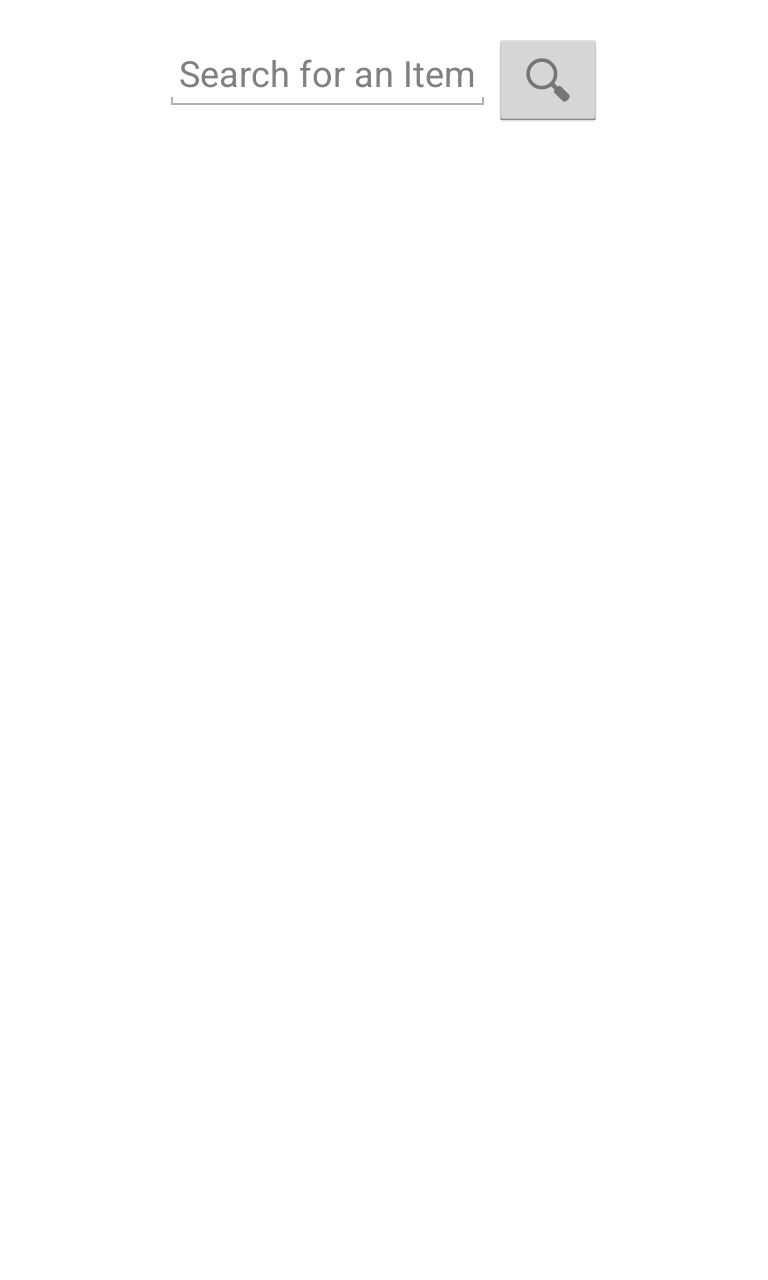
Repository: JieD/nutriy
Layout: NutriY/res/layout/fragment_add.xml
The author's editor kept a copy of each file at every save. The layout is drawn from the files as they stood at one save, then again after the next save.
It is drawn on a 768 x 1280 px phone screen (xhdpi) without system bars, with theme AppTheme; the app's code is not run.

Above is the layout before, as saved 2014-05-15 21:31:13.

### NutriY/res/layout/fragment_add.xml
<?xml version="1.0" encoding="utf-8"?>
<LinearLayout xmlns:android="http://schemas.android.com/apk/res/android"
    android:layout_width="match_parent"
    android:layout_height="match_parent"
    android:orientation="vertical" >

    <LinearLayout
        android:layout_width="wrap_content"
        android:layout_height="wrap_content"
        android:layout_marginTop="@dimen/activity_vertical_margin"
        android:layout_marginBottom="@dimen/small_vertical_margin"
        android:layout_gravity="center_horizontal">

        <EditText
            android:id="@+id/search_item"
            android:layout_width="wrap_content"
            android:layout_height="wrap_content"
            android:layout_weight="3"
            android:hint="@string/item_hint"
            android:inputType="textAutoCorrect"
            android:padding="@dimen/medium_padding" />

        <ImageButton
            android:layout_width="wrap_content"
            android:layout_height="wrap_content"
            android:layout_gravity="center"
            android:layout_weight="1"
            android:src="@drawable/ic_action_search" />

    </LinearLayout>

</LinearLayout>

### NutriY/res/values/colors.xml
<?xml version="1.0" encoding="utf-8"?>
<resources>
    <color name="white">#FFFFFFFF</color>
    <color name="my_green">#FF00BE00</color>
    <color name="my_red">#FFFF0000</color>
    <color name="my_blue">#FF0078BE</color>

    <color name="light_blue">#FFE1EEFF</color>
    <color name="low_light_gray">#FFFAFAFA</color>
    <color name="mid_light_gray">#FFEEEEEE</color>
    <color name="text_gray">#FFAAAAAA</color>

    <color name="empty_pie_blue">#FF8FCEFF</color>
    <color name="pie_blue">#FF0078BE</color>
    <color name="pie_red">#FFFF4444</color>
    <color name="pie_green">#FF99CC00</color>

    <color name="list_background">#FFEEEEEE</color>
    <color name="list_background_pressed">#FF0078BE</color>
</resources>

### NutriY/res/values/dimens.xml
<resources>

    <!-- Default screen margins, per the Android Design guidelines. -->
    <dimen name="activity_horizontal_margin">16dp</dimen>
    <dimen name="activity_vertical_margin">16dp</dimen>
    <dimen name="small_horizontal_margin">8dp</dimen>
    <dimen name="small_vertical_margin">8dp</dimen>

    <dimen name="small_padding">5dp</dimen>
    <dimen name="medium_padding">8dp</dimen>
    <dimen name="large_padding">10dp</dimen>
    <dimen name="extra_large_padding">12dp</dimen>
    <dimen name="navigation_item_padding">20dp</dimen>

    <dimen name="extra_small_text_size">10sp</dimen>
    <dimen name="small_text_size">12sp</dimen>
    <dimen name="medium_text_size">15sp</dimen>
    <dimen name="medium_large_text_size">18sp</dimen>
    <dimen name="large_text_size">20sp</dimen>
    <dimen name="extra_large_text_size">40sp</dimen>

    <dimen name="large_entry_height">50dp</dimen>
    <dimen name="medium_large_entry_height">35dp</dimen>
    <dimen name="medium_entry_height">30dp</dimen>
    <dimen name="small_entry_height">25dp</dimen>
    <dimen name="table_entry_height">20dp</dimen>

</resources>

### NutriY/res/values/strings.xml
<?xml version="1.0" encoding="utf-8"?>
<resources>

    <string name="app_name">NutriY</string>
    <string name="action_settings">Settings</string>

    <string name="date">Today</string>
    <string name="calories_remaining_number">1200</string>
    <string name="calories_remaining">CALORIES REMAINING</string>
    <string name="add_to_diary">Add to Diary</string>
    <string name="goal_calorie_number">1200</string>
    <string name="food_calorie_number">+ 0</string>
    <string name="exercise_calorie_number">- 0</string>
    <string name="net_calorie_number">0</string>
    <string name="uc_goal">GOAL</string>
    <string name="uc_food">FOOD</string>
    <string name="uc_exercise">EXERCISE</string>
    <string name="uc_net">NET</string>
    <string name="goal">Goal</string>
    <string name="total">Total</string>
    <string name="left">Left</string>
    <string name="daily_summary">DAILY SUMMARY</string>
    <string name="total_fat">Total Fat (g)</string>
    <string name="saturated_fat">Saturated (g)</string>
    <string name="trans_fat">Trans (g)</string>
    <string name="cholesterol">Cholesterol (mg)</string>
    <string name="sodium">Sodium (mg)</string>
    <string name="potassium">Potassium (mg)</string>
    <string name="total_carbs">Total Carbs (g)</string>
    <string name="fiber">Dietary Fiber (g)</string>
    <string name="sugar">Sugars (g)</string>
    <string name="protein">Protein (g)</string>
    <string name="vit_A">Vitamin A</string>
    <string name="vit_C">Vitamin C</string>
    <string name="calcium">Calcium</string>
    <string name="iron">Iron</string>
    <string name="default_number">0</string>

    <string name="meals">MEALS</string>
    <string name="water_upcase">WATER</string>
    <string name="notes">NOTES</string>
    <string name="breakfast">Breakfast</string>
    <string name="lunch">Lunch</string>
    <string name="dinner">Dinner</string>
    <string name="snacks">Snacks</string>
    <string name="cardiovascular">Cardiovascular</string>
    <string name="strength">Strength</string>
    <string name="water">Water</string>
    <string name="food_notes">Food Notes</string>
    <string name="exercise_notes">Exercise Notes</string>

    <!-- Add Entry List Headers -->
    <string-array name="add_entry_list_header_array">
        <item>MEALS</item>
        <item>EXERCISE</item>
        <item>WATER</item>
        <item>NOTES</item>
    </string-array>

    <!-- Add Entry List Meal Items -->
    <string-array name="meal_child_array">
        <item>Breakfast</item>
	    <item>Lunch</item>
	    <item>Dinner</item>
	    <item>Snacks</item>
    </string-array>

    <!-- Add Entry List Exercise Items -->
    <string-array name="exercise_child_array">
        <item>Cardiovascular</item>
	    <item>Strength</item>
    </string-array>

    <!-- Add Entry List Water Items -->
    <string-array name="water_child_array">
        <item>Water</item>
    </string-array>

    <!-- Add Entry List Note Items -->
    <string-array name="note_child_array">
        <item>Food Notes</item>
	    <item>Exercise Notes</item>
    </string-array>

    <!-- Nav Drawer Menu Items -->
    <string-array name="navigations_array">
        <item>Home</item>
        <item>Diary</item>
        <item>Nutrition</item>
        <item>Progress</item>
        <item>Goals</item>
        <item>Settings</item>
    </string-array>

    <!-- Nav Drawer List Item Icons -->
    <!-- Keep them in order as the titles are -->
    <array name="nav_drawer_icons">
        <item>@drawable/ic_menu_home</item>
        <item>@drawable/ic_action_collection</item>
        <item>@drawable/ic_action_data_usage</item>
        <item>@drawable/ic_action_picture</item>
        <item>@drawable/ic_action_good</item>
        <item>@drawable/ic_action_settings</item>
    </array>

    <!-- Content Description -->
    <string name="desc_list_item_icon">Item Icon</string>

    <string name="drawer_open">Slider Menu Opened</string>
    <string name="drawer_close">Slider Menu Closed</string>

    <string name="calorie_breakdown">CALORIE BREAKDOWN</string>
    <string name="Carbohydrates">Carbohydrates</string>
    <string name="Fat">Fat</string>
    <string name="Protein">Protein</string>
    <string name="carbs_goal">50 %</string>
    <string name="fat_goal">30 %</string>
    <string name="protein_goal">20 %</string>

	<string name="item_hint">Search for an Item</string>
</resources>

Loaded but not shown: NutriY/res/values/styles.xml (common file); NutriY/res/values-v11/styles.xml (common file); NutriY/res/values-v14/styles.xml (common file)

After the next save:
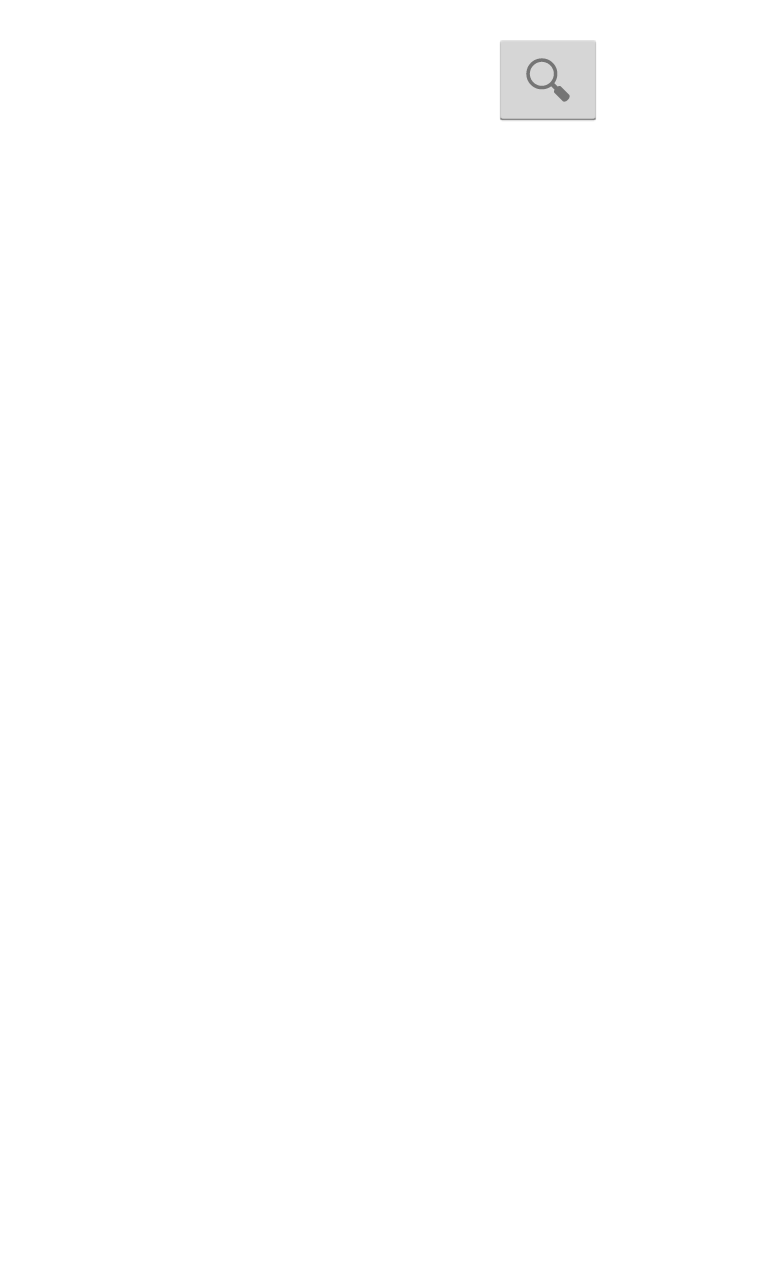
Saved 35 s later.
--- a/NutriY/res/layout/fragment_add.xml
+++ b/NutriY/res/layout/fragment_add.xml
@@ -13,8 +13,6 @@
 
         <EditText
             android:id="@+id/search_item"
-            android:layout_width="wrap_content"
-            android:layout_height="wrap_content"
             android:layout_weight="3"
             android:hint="@string/item_hint"
             android:inputType="textAutoCorrect"

After the save that followed:
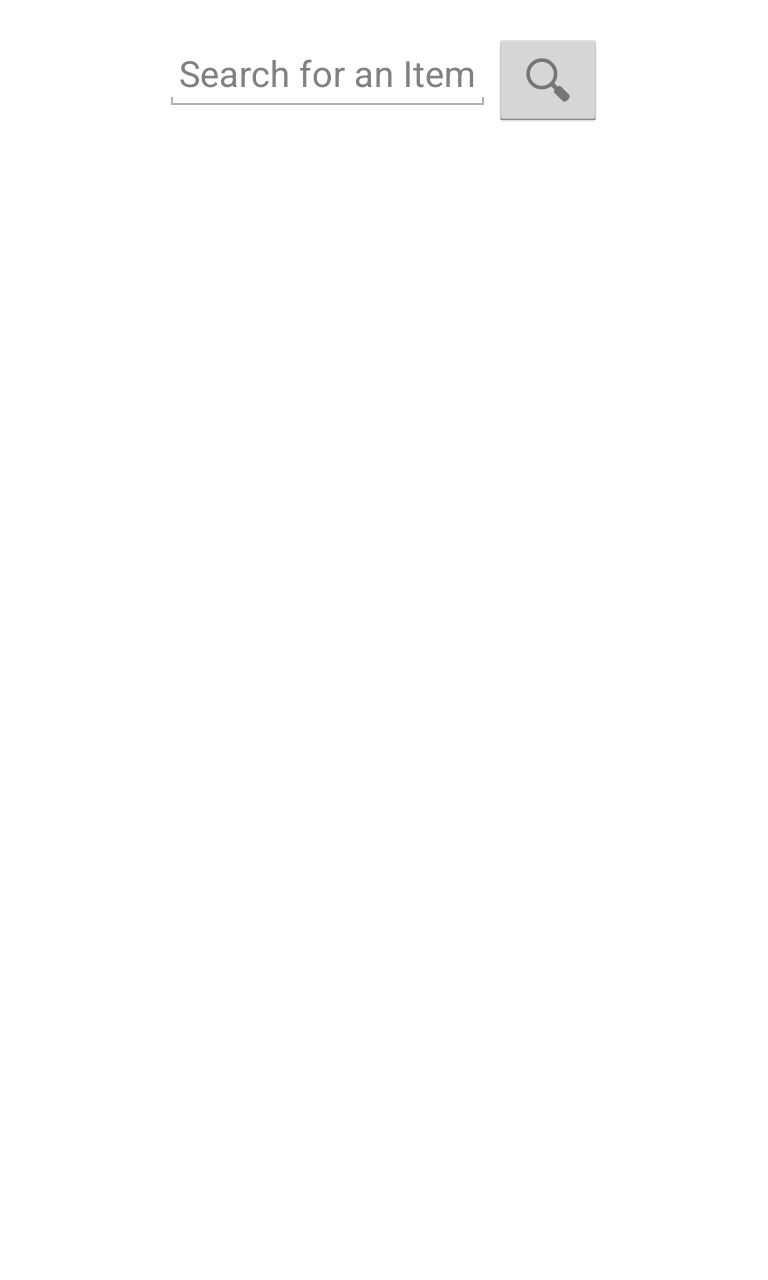
Saved 17 s later.
--- a/NutriY/res/layout/fragment_add.xml
+++ b/NutriY/res/layout/fragment_add.xml
@@ -13,6 +13,8 @@
 
         <EditText
             android:id="@+id/search_item"
+            android:layout_width="wrap_content"
+            android:layout_height="wrap_content"
             android:layout_weight="3"
             android:hint="@string/item_hint"
             android:inputType="textAutoCorrect"
